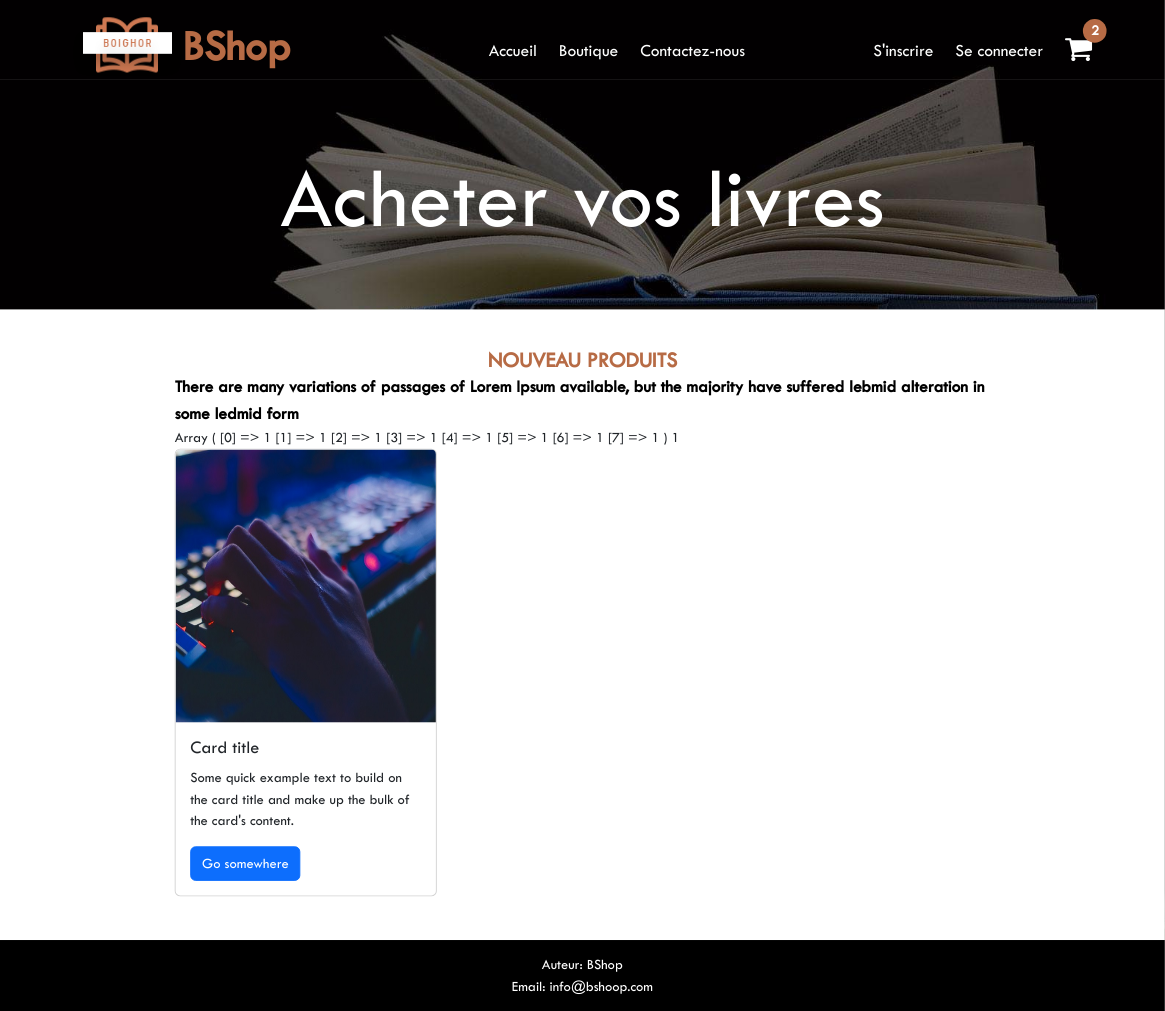
Repository: padevft/e-commerce-php
Page: http://localhost/
These files come from the project's save history. The page is drawn as it stood at one moment and after the next save; the edit follows.
The browser window is 1280 px wide. The pictures show the whole page, at 91% of full size.
The page is run by PHP 8.4 with error messages shown; the project is at /var/www/html/.

Above is the page before, as saved 2023-09-17 23:28:23.

### index.php
<?php
require_once('server/includes/utilitaires.inc.php');
?>
<!DOCTYPE html>
<html lang="en">

<head>
  <meta charset="UTF-8" />
  <meta name="viewport" content="width=device-width, initial-scale=1.0" />
  <title>Boutique en ligne</title>

  <link rel="stylesheet" href="client/css/styles.css">
  <link rel="stylesheet" href="client/utilitaires/bootstrap/css/bootstrap.min.css">
  <link rel="stylesheet" href="client/utilitaires/font-awesome-4.7.0/css/font-awesome.min.css">

</head>

<body>
  <div class="container-app">
    <?php
    require_once('server/includes/header.inc.php');
    ?>
    <main>
      <div class="d-flex align-items-center justify-content-center pt-5 container-intro">
        <span class="text-intro">
          Acheter vos livres
        </span>
      </div>
      <div class="container-products">
        <div class="d-flex flex-column align-items-center justify-content-center gap-2">
          <span class="text-intro-1"> NOUVEAU PRODUITS</span>
          <span class="text-intro-2">There are many variations of passages of Lorem Ipsum available, but the majority have suffered lebmid alteration in some ledmid form
          </span>
        </div>
        <?php
        $products = get_products();
        echo print_r($products);

        ?>

        <div class="card position-relative item-product" style="width: 18rem;">
          <img src="client/images/p-2.jpg" class="card-img-top" alt="...">
          <div class="card-body">
            <h5 class="card-title">Card title</h5>
            <p class="card-text">Some quick example text to build on the card title and make up the bulk of the card's content.</p>
            <a href="#" class="btn btn-primary">Go somewhere</a>
          </div>
          <div class="text-product">
            <span class="text-product-1">
              Lorem ipsum dolor sit amet, consectetur adipisicing elit.
            </span>
            <span class="text-product-2">
              Lorem ipsum dolor sit amet, consectetur adipisicing elit.
            </span>
          </div>
        </div>
      </div>
  </div>
  </main>
  <?php
  require_once('server/includes/footer.inc.php');
  ?>
  <script src="client/utilitaires/Jquery/jquery-3.6.0.min.js"></script>
  <script src="client/utilitaires/bootstrap/js/bootstrap.min.js"></script>
</body>

</html>

### server/includes/utilitaires.inc.php
<?php

function get_products(){
    $liste=array();
    $liste[0]=1;
    $liste[1]=1;
    $liste[2]=1;
    $liste[3]=1;
    $liste[4]=1;
    $liste[5]=1;
    $liste[6]=1;
    $liste[7]=1;
    return $liste;
}



?>

### server/includes/header.inc.php
<header>
    <nav class="container-nav">
        <div class="row align-items-center">
            <div class="col-12 col-sm-4">
                <div class="d-flex flex-row align-items-center">
                    <a class="container-logo" href="./index.html">
                        <img src="client/images/logo.png" />
                    </a>
                    <span class="text-logo">BShop</span>
                </div>
            </div>
            <div class="col-md-4">
                <div class="container-menu mt-2">
                    <ul class="d-flex flex-row align-items-center justify-content-end gap-4 menu">
                        <li><a href="./index.html" class="menu-item">Accueil</a></li>
                        <li><a href="./index.html" class="menu-item">Boutique</a></li>
                        <li><a href="./index.html" class="menu-item">Contactez-nous</a></li>
                    </ul>
                </div>
            </div>
            <div class="col-6 col-md-4">
                <div class="d-flex align-items-center gap-4 justify-content-end mt-2">
                    <div class="container-menu">
                        <ul class="d-flex align-items-center gap-4 menu">
                            <li> <a href="./index.html" class="menu-item">S'inscrire</a></li>
                            <li> <a href="./index.html" class="menu-item">Se connecter</a></li>
                        </ul>

                    </div>
                    <div class="position-relative container-shopping-cart">
                        <span><i class="fa fa-shopping-cart shopping-cart"></i></span>
                        <span class="position-absolute number-product">2</span>
                    </div>
                </div>

            </div>

        </div>
    </nav>
</header>

### server/includes/footer.inc.php
<footer>
    <div class="container-footer">
        <span>Auteur: BShop</span>
        <span>Email: info@bshoop.com</span>
    </div>

</footer>

### client/css/styles.css
/* var text-decoration */
@font-face {
  font-family: myfont;
  src: url(../utilitaires/fonts/ufonts.com_tw-cen-mt.ttf);
}

:root {
  --color-primary: #b76b45;
  --color-white-1: #fff;
  --color-bg-1: rgba(0, 0, 0, 0.366);
}

* {
  transition: all 0.5s ease;
}

body {
  font-family: myfont !important;
}
h1 {
  display: inline-flex;
  position: relative;
  cursor: pointer;
}

a {
  color: unset;
  outline: unset;
  text-decoration: none !important;
}

.container-app {
  background-image: url("../images/5.jpg");
  background-repeat: no-repeat;
  background-size: cover;
}
ul {
  list-style-type: none; /* Retire les puces */
}

/*

****************************
Header
****************************

*/

header {
  padding-top: 15px;
  padding-bottom: 10px;
}

header ul {
  margin: 0 !important;
}
.container-nav {
  padding: 0 5rem;
  border-bottom: 1px solid rgba(255, 255, 255, 0.1);
}
.container-logo {
  width: 120px;
  height: 65px;
}
.container-logo img {
  width: 100%;
  height: 100%;
}
.text-logo {
  font-size: 3rem;
  font-weight: bold;
  color: var(--color-primary);
}
.menu-item {
  display: inline;
  position: relative;
  color: var(--color-white-1);
  padding-bottom: 5px;
  font-size: 1.2rem;
}

.menu-item:hover {
  color: var(--color-primary);
}
.menu-item::before {
  content: "";
  position: absolute;
  bottom: 0;
  left: 0;
  background: var(--color-primary);
  height: 2.5px;
  opacity: 1;
  visibility: visible;
  width: 0;
  -webkit-transition: 0.4s all ease-out;
  -o-transition: 0.4s all ease-out;
  transition: 0.4s all ease-out;
}
.menu-item:hover:before {
  width: 100%;
}

.number-product {
  bottom: 25px;
  font-weight: bold;
  color: var(--color-white-1);
  font-size: 1rem;
  height: 26px;
  line-height: 17px;
  width: 26px;
  background: var(--color-primary) none repeat scroll 0 0;
  border-radius: 100px;
  display: flex;
  justify-content: center;
  align-items: center;
  left: 20px;
}

.shopping-cart {
  color: var(--color-white-1);
  font-size: 2rem !important;
}
.container-shopping-cart:hover .shopping-cart {
  color: var(--color-primary);
  cursor: pointer;
  transform: scale(0.8);
}
.container-shopping-cart:hover .number-product {
  transform: scale(1.7);
  color: var(--color-primary);
  background: var(--color-white-1) none repeat scroll 0 0;
}
.text-intro{
  font-size: 6rem;
  color: var(--color-white-1);
}



/*

****************************
Main
****************************

*/


.container-intro{
  padding: 50px 0;
}
.container-products {
  background-color: var(--color-white-1);
  padding:3rem 12rem;
}
.text-intro-1{
  color: var(--color-primary);
  font-size: 1.5rem;
  font-weight: 700;
  line-height: 15px;
}

.text-intro-2{
  color: #000;
  font-size: 1.2rem;
  font-weight: 700;
}

.item-product .img-product {
  width: 100%;
    /* height: 300px; */
    /* object-fit: cover; */
    border-radius: 15px;
}



.text-product{
  width: 100%;
  height: 100%;
  background-color: var(--color-bg-1);
  position: absolute;
  left: 0;
  top: 0;
  border-radius: 0.375rem;
  display: flex;
  justify-content: center;
  align-items: center;
  flex-direction: column;
  opacity: 0;
  transform: scale(0);
  transition: all 0.5s ease-in-out;
}

.item-product:hover .text-product {
  opacity: 1;
  transform: scale(1);
}
.item-product img {
  width: 100%;
  height: 300px;
}

.text-product span {
  color: white;
  font-weight: 700;
  line-height: 20px;
}


/*

****************************
footer
****************************

*/

footer {
  background-color: var(--color-white-1);
}
.container-footer{
  background-color: #000;
  display: flex;
  flex-direction: column;
  justify-content: center;
  align-items: center;
  padding: 15px 0;
}
.container-footer span {
  color: var(--color-white-1);
}

Loaded but not shown: client/utilitaires/bootstrap/css/bootstrap.min.css (library); client/utilitaires/font-awesome-4.7.0/css/font-awesome.min.css (library); client/utilitaires/Jquery/jquery-3.6.0.min.js (library); client/utilitaires/bootstrap/js/bootstrap.min.js (library)

After the next save:
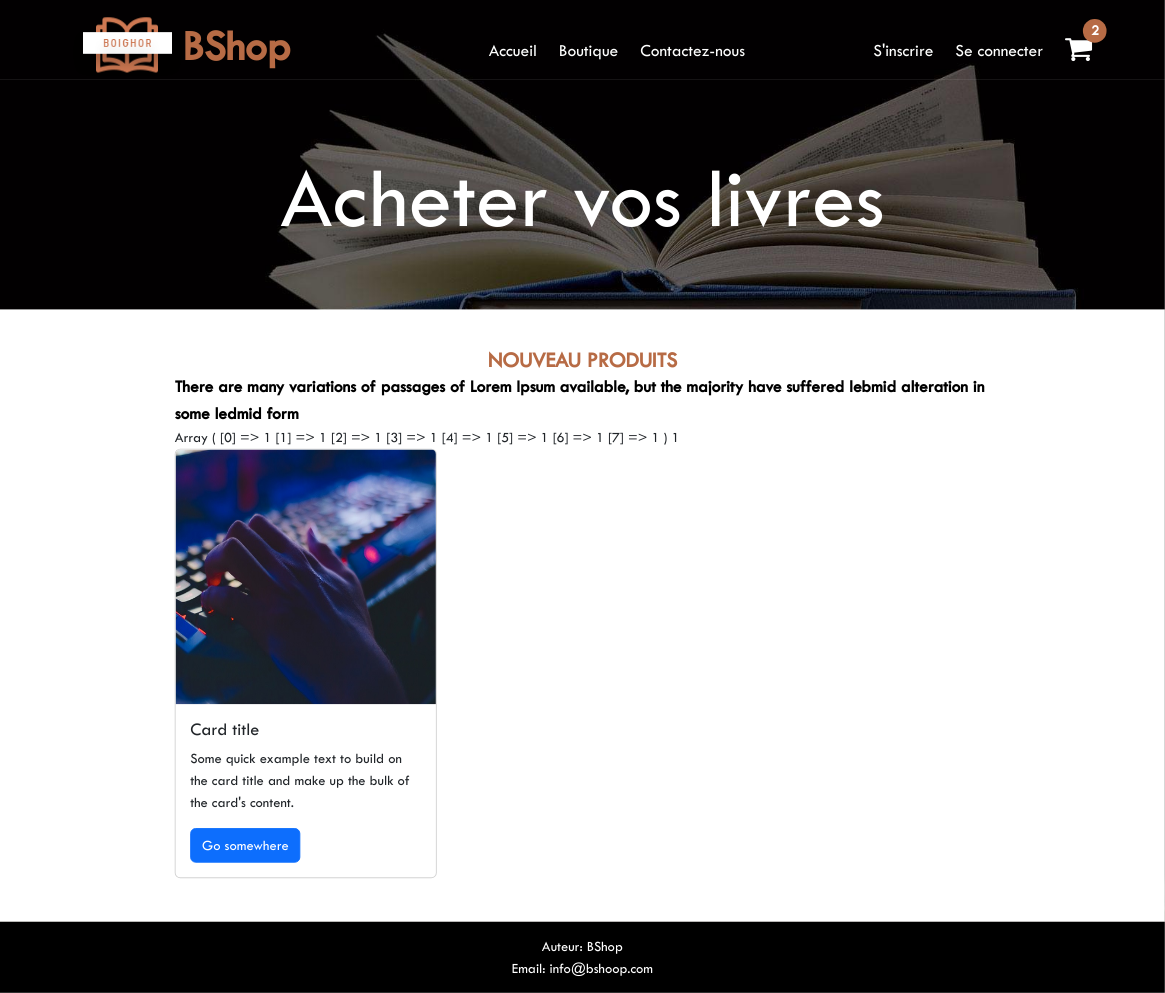
Saved 42 s later.
--- a/client/css/styles.css
+++ b/client/css/styles.css
@@ -198,13 +198,13 @@ Main
 }
 .item-product img {
   width: 100%;
-  height: 300px;
+  height: 280px;
 }
 
 .text-product span {
   color: white;
-  font-weight: 700;
-  line-height: 20px;
+  font-weight: 500;
+  /* line-height: 20px; */
 }
 
 
